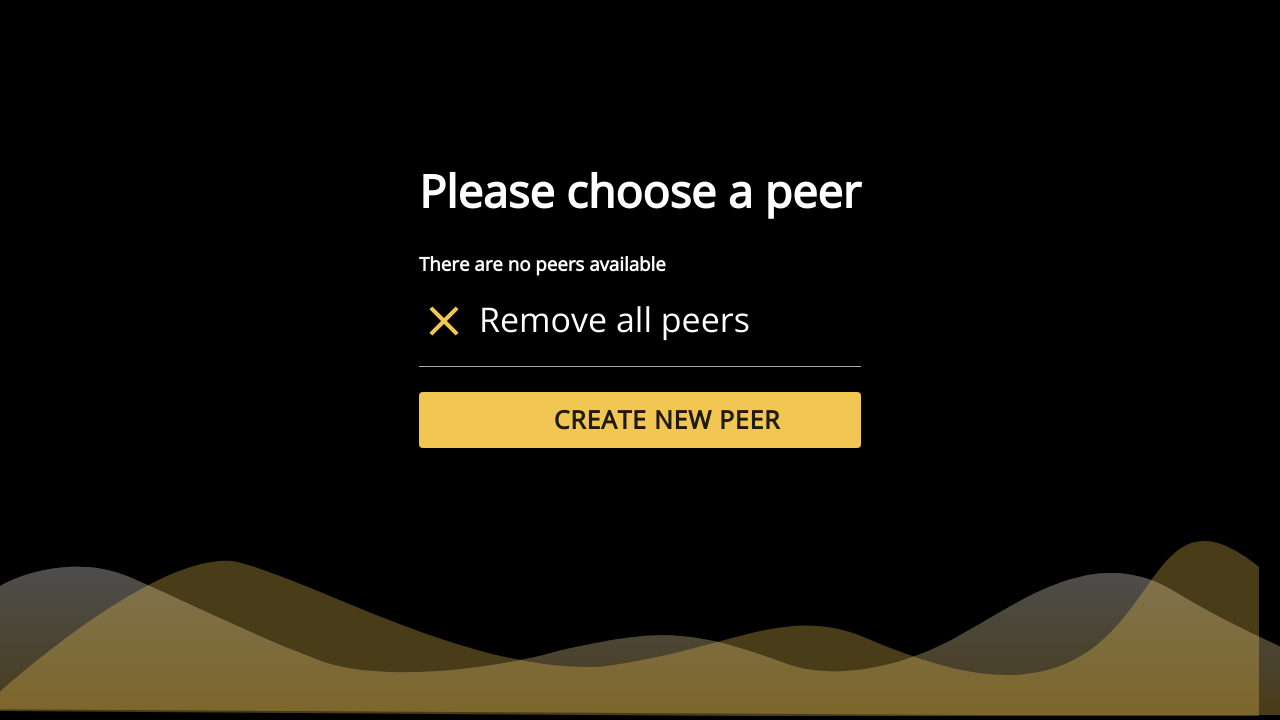
Repository: Bachdz/ASAP-Gui-Frontend
Page: /login
These files come from the project's save history. The page is drawn as it stood at one moment and after the next save; the edit follows.
The browser window is 1280 px wide. The pictures show the whole page.
The page's requests for data from a server got no answer. The project was rebuilt for these pictures with package versions that can differ from the ones it lists, and the page was loaded fresh each time. No one was signed in, and anything a server would have sent is missing. Also part of the build but not shown: src/css/loginscreen/Peer.css, src/components/mainscreen/subcomponents/Apps.js, src/css/mainscreen/Main.css, src/components/mainscreen/Main.js.

Above is the page before, as saved 2020-12-16 19:15:12.

After the next save:
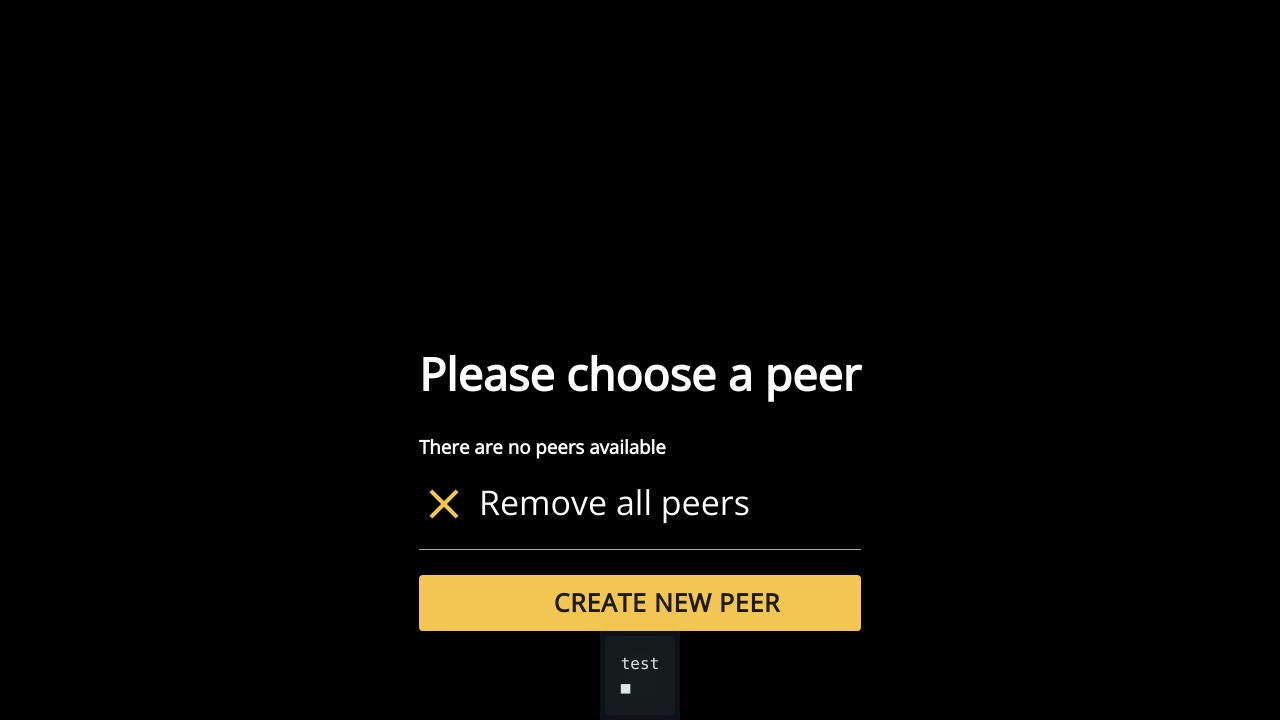
Saved 11 s later.
--- a/src/components/loginscreen/Login.js
+++ b/src/components/loginscreen/Login.js
@@ -82,7 +82,7 @@ class Login extends Component {
                         <CreateUser addUser={this.addUser} />
 
                     </div>
-                    <Logo />
+                    <Terminal />
                 </div>
             </div>
 
